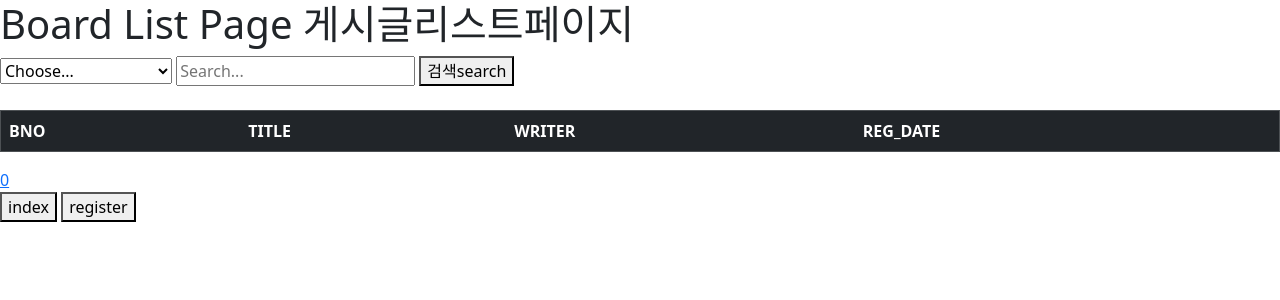
Repository: gatsby5959/_jsp_workspace_brd-mem_copy
Page: http://localhost/jsp_BoardMember/board/list.jsp
An editor plug-in stored every save of this project. The page is shown before and after the next save, followed by the edit.
The browser window is 1280 px wide. The pictures show the whole page.
The page is served by Tomcat 9. The template is opened directly, without the code that normally fills it, so the values that code supplies are empty.

Above is the page before, as saved 2023-09-12 10:27:58.

After the next save:
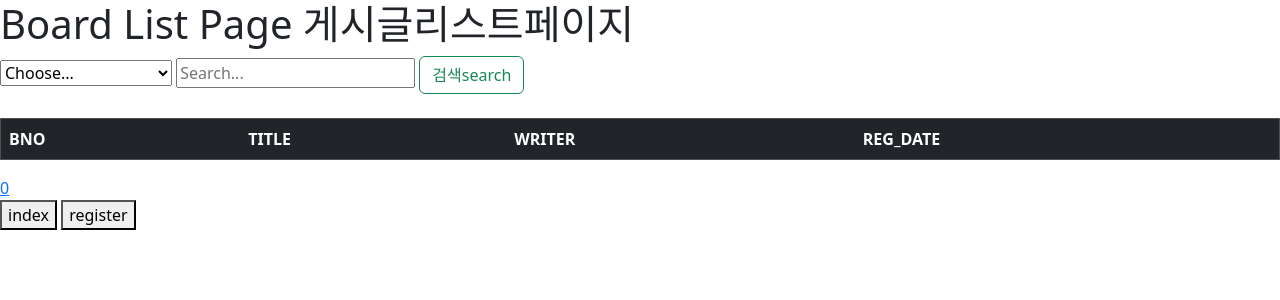
Saved 73 s later.
--- a/jsp_BoardMember/src/main/webapp/board/list.jsp
+++ b/jsp_BoardMember/src/main/webapp/board/list.jsp
@@ -30,7 +30,7 @@
 			<input type="hidden" name="pageNO" value="${ph.pgvo.pageNo }">
 			<input type="hidden" name="qty" value="${ph.pgvo.qty }">
 			${ph.totalCount}
-			<button type="submit">검색search</button>
+			<button type="submit" class="btn btn-outline-success">검색search</button>
 		</div>
 	</form>
 	</div>
